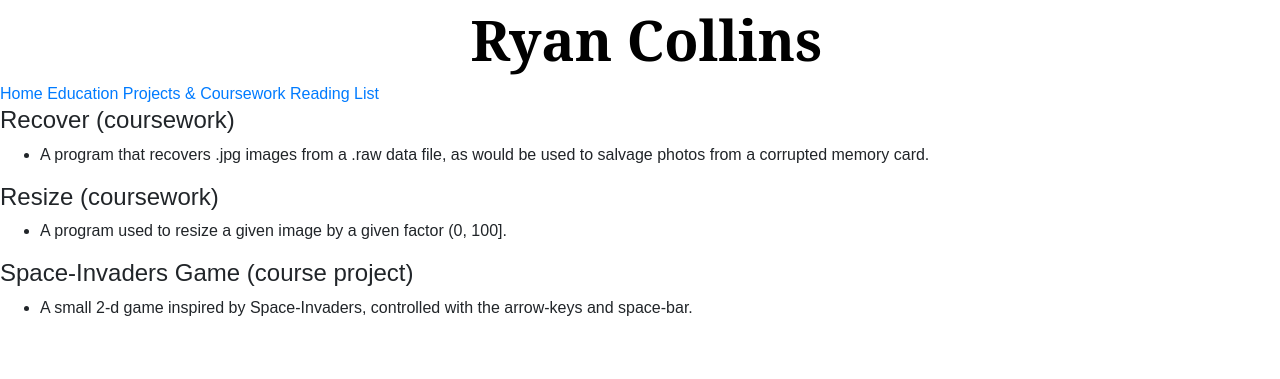
Repository: RyanMCollins/cs50
Page: pset5/homepage/projects.html
The author's editor kept a record of every edit. The page is drawn from the files as they stood at one moment, then again after the next edit.
The browser window is 1280 px wide. The pictures show the whole page.

Above is the page before.

### pset5/homepage/projects.html
<!DOCTYPE html>

<html lang="en">
    <head>
        <meta name="viewport" content="width=device-width, initial-scale=1, shrink-to-fit=no">
        <link href="https://stackpath.bootstrapcdn.com/bootstrap/4.1.3/css/bootstrap.min.css" rel="stylesheet">
        <link href="styles.css" rel="stylesheet">
        <title>Projects & Coursework</title>
    </head>
    <body>
        <h1 id="site-title">
            Ryan Collins
        </h1>
        <div>
            <a href="/home">Home</a>
            <a href="/education">Education</a>
            <a href="/projects">Projects & Coursework</a>
            <a href="/readlist">Reading List</a>
        </div>
        <h4>
            Recover (coursework)
        </h4>
        <ul>
            <li>
                A program that recovers .jpg images from a .raw data file, as would be used to salvage photos from a corrupted
                memory card.
            </li>
        </ul>
        <h4>
            Resize (coursework)
        </h4>
        <ul>
            <li>
                A program used to resize a given image by a given factor (0, 100].
            </li>
        </ul>
        <h4>
            Space-Invaders Game (course project)
        </h4>
        <ul>
            <li>
                A small 2-d game inspired by Space-Invaders, controlled with the arrow-keys and space-bar.
            </li>
        </ul>
    </body>
</html>

### pset5/homepage/styles.css
body {
    font-size: 14;
    font-family: "Arial";
    min-height: 100vh;
}

#site-title {
    text-align: center;
    font-size: 350%;
    font-family: "Georgia";
    font-weight: bold;
    color: #000000;
    padding-left: 1%;
    padding-bottom: .7%;
    padding-top: .45%;
    margin: 0;
}

@media  screen and (max-width: 368px) {
    #site-title {
        font-size: 200%;
    }
}

#site-title a {
    color: inherit;
    text-decoration: none;
}

.navbar {
    padding: 0;
    /*padding: 0 1%;*/
    background-color: #eee;
}

.flex-break.flex-small {
    flex: 1;
}

.flex-break.flex-large {
    flex: 2;
}

@media  screen and (max-width: 990px) {
    .flex-break.flex-large, .flex-break.flex-small {
        justify-content: flex-start!important;
    }
}

.nav-item {
    padding: 0 5px;
    margin: 4px 2px;
}

.jumbotron {
    margin: 1% 20%;
    padding-top: 2%;
    padding-bottom: 5px;
}

.main-header {
    font-size: 200%;
    font-weight: bold;
}

.sub-division {
    border-top: solid #cccccc 2px;
    margin-top: 10px;
    margin-bottom: 10px;
    padding: 10px;
}

.sub-division-header {
    display: flex;
    padding-bottom: 15px;
}

.sub-division-title {
    font-size: 24px;
    float: left;
    margin-bottom: 0px;
    margin-top: auto;
}

.sub-division-appendice {
    font-size: 18px;
    margin-bottom: 0px;
    margin-top: auto;
}

.sub-division-appendice.date {
    margin-right: 0px;
    margin-left: auto;
}

.sub-division-author {
    font-size: 20px;
    padding-bottom: 10px;
}

After the next edit:
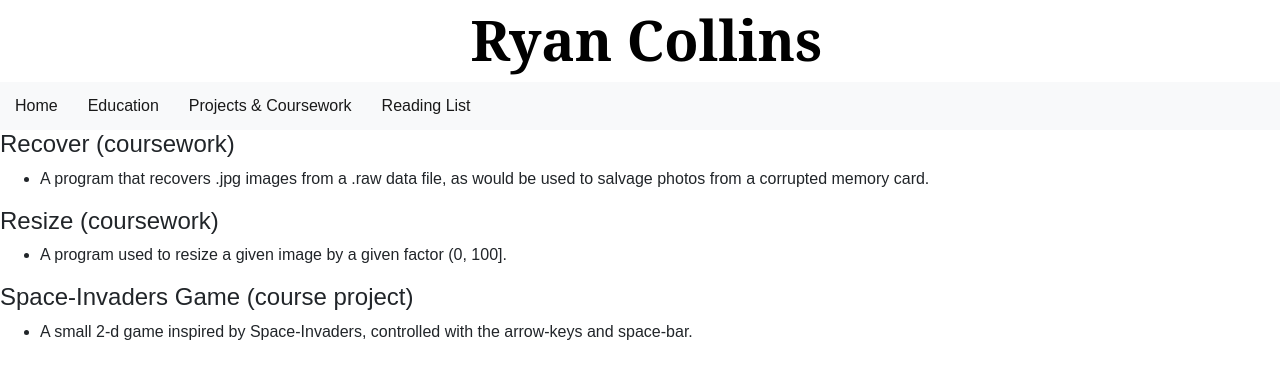
The edit:
--- a/pset5/homepage/projects.html
+++ b/pset5/homepage/projects.html
@@ -11,12 +11,29 @@
         <h1 id="site-title">
             Ryan Collins
         </h1>
-        <div>
-            <a href="/home">Home</a>
-            <a href="/education">Education</a>
-            <a href="/projects">Projects & Coursework</a>
-            <a href="/readlist">Reading List</a>
-        </div>
+        <nav class="navbar navbar-expand-lg navbar-light bg-light">
+
+            <button class="navbar-toggler" type="button" data-toggle="collapse" data-target="#navbarSupportedContent" aria-controls="navbarSupportedContent" aria-expanded="false" aria-label="Toggle navigation">
+                <span class="navbar-toggler-icon"></span>
+              </button>
+
+              <div class="collapse navbar-collapse" id="navbarSupportedContent">
+                <ul class="navbar-nav mr-auto">
+                  <li class="nav-item active">
+                    <a class="nav-link" href="/home">Home<span class="sr-only">(current)</span></a>
+                  </li>
+                  <li class="nav-item active">
+                    <a class="nav-link" href="/education">Education<span class="sr-only">(current)</span></a>
+                  </li>
+                  <li class="nav-item active">
+                    <a class="nav-link" href="/projects">Projects & Coursework<span class="sr-only">(current)</span></a>
+                  </li>
+                  <li class="nav-item active">
+                    <a class="nav-link" href="/readlist">Reading List<span class="sr-only">(current)</span></a>
+                  </li>
+                </ul>
+              </div>
+        </nav>
         <h4>
             Recover (coursework)
         </h4>
